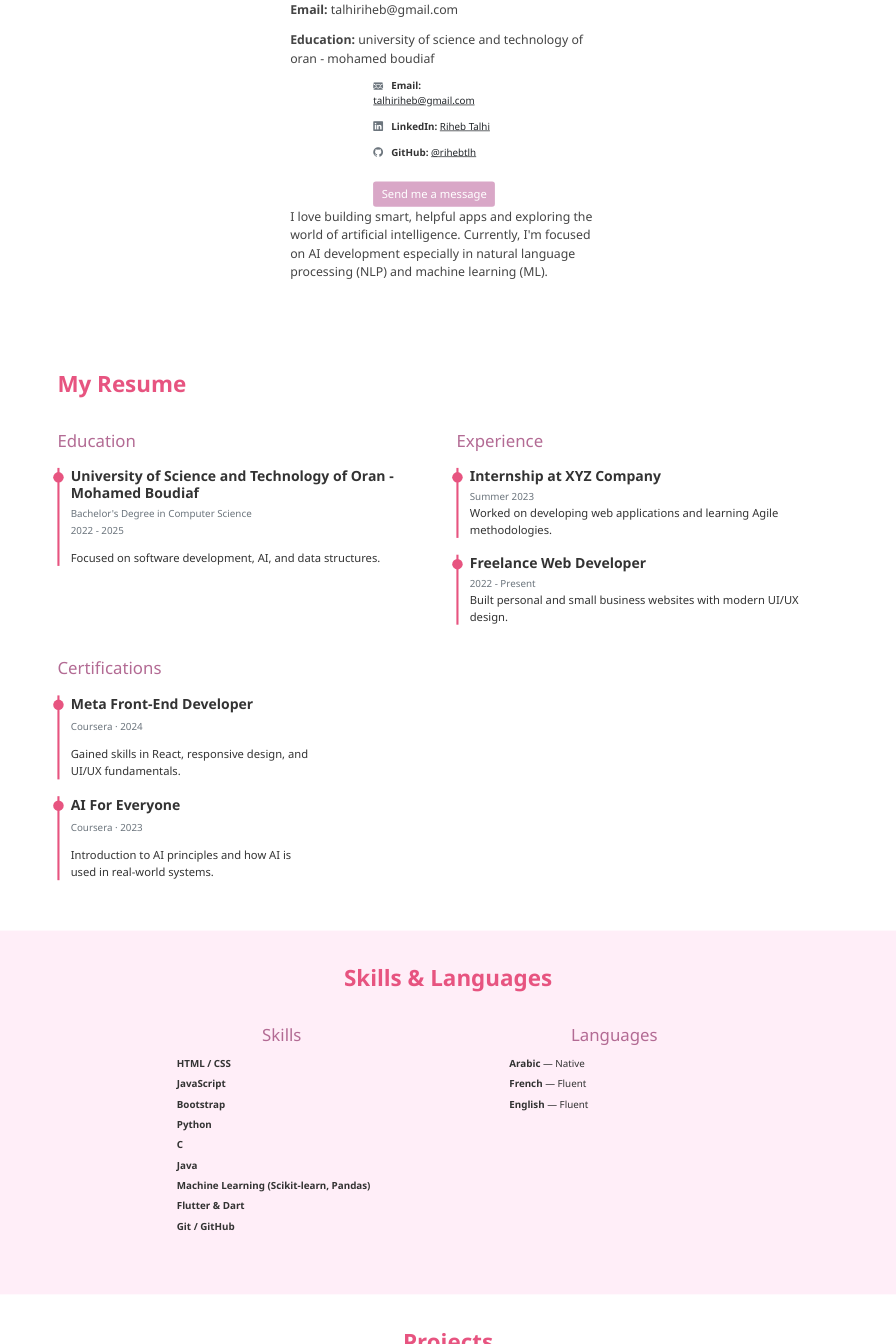
Repository: rihebtlh/portfolio
Page: new.html
These files come from the project's save history. The page is drawn as it stood at one moment and after the next save; the edit follows.
The browser window is 1280 px wide. The pictures show the part of the page from y = 888 to 2808 px (the page is 4111 px tall before and 4059 px after), at 70% of full size.

Above is the page before, as saved 2025-07-02 16:54:24.

After the next save:
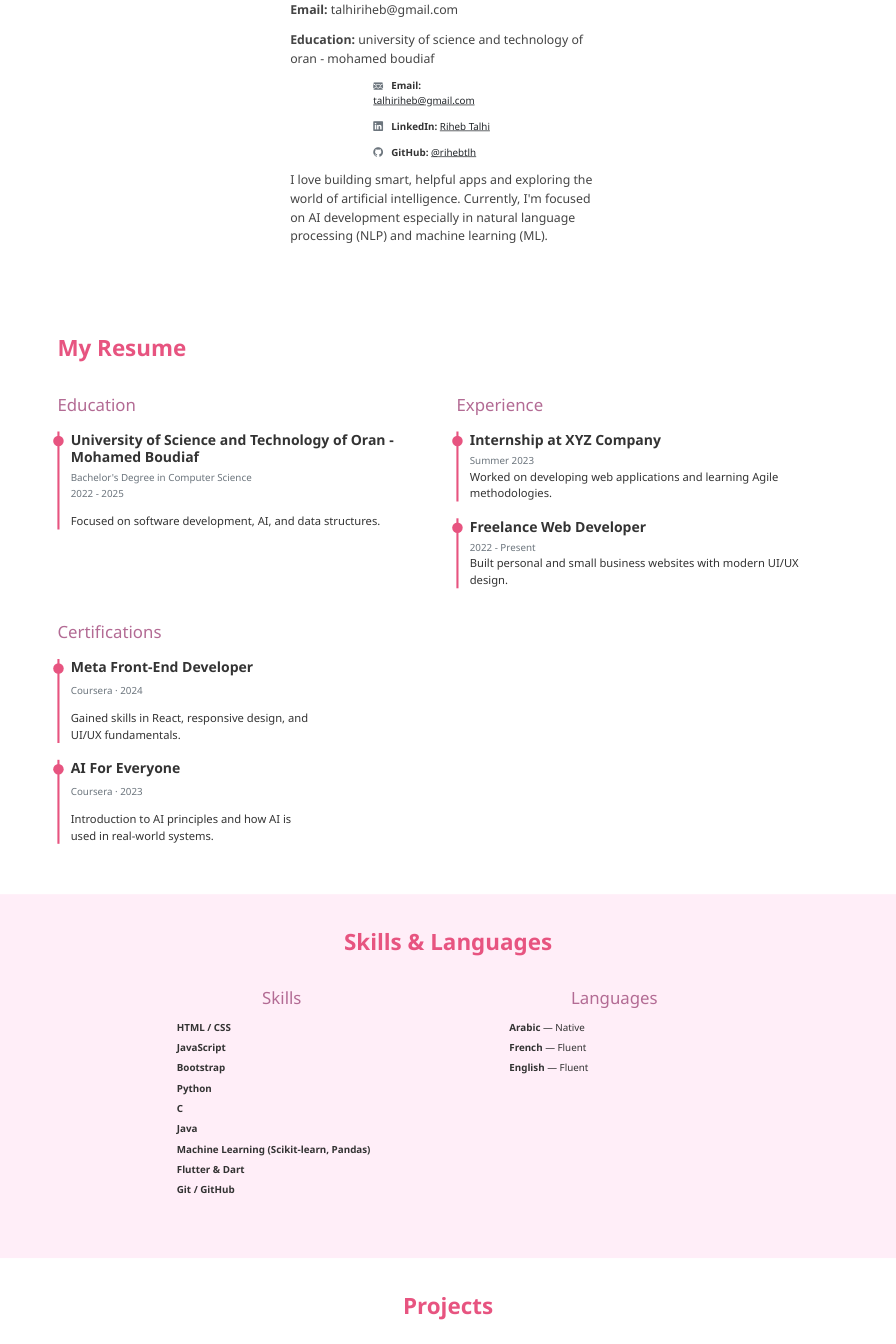
Saved 27 s later.
--- a/new.html
+++ b/new.html
@@ -164,8 +164,6 @@
                   <strong>GitHub:</strong> <a href="https://github.com/rihebtlh" target="_blank" class="text-dark">@rihebtlh</a>
                 </li>
               </ul>
-              <!-- Optional button -->
-              <a href="mailto:talhiriheb@gmail.com" class="btn btn-secondary mt-3">Send me a message</a>
             </div>
           </div>
           <p>
